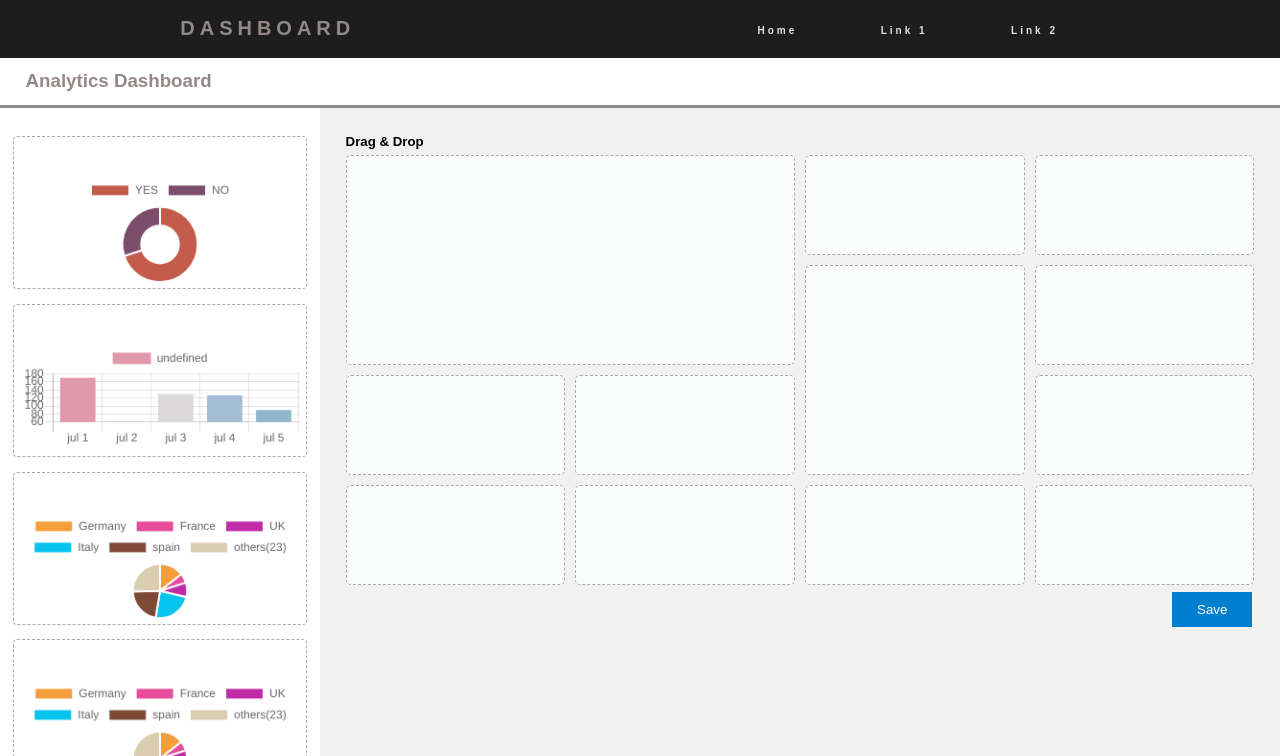
Repository: nourabdelhakam/drag-drop
Page: index.html
An editor plug-in stored every save of this project. The page is shown before and after the next save, followed by the edit.
The browser window is 1280 px wide. The pictures show the whole page.
Some web libraries are served in a nearby version.

Above is the page before, as saved 2020-07-05 21:09:54.

### index.html
<!DOCTYPE html>
<html lang="en">
<head>
    <meta charset="UTF-8">
    <meta name="viewport" content="width=device-width, initial-scale=1.0">
    <meta http-equiv="X-UA-Compatible" content="ie=edge">
    <title>Drag & Drop</title>

    <script src="https://cdn.jsdelivr.net/npm/chart.js@2.8.0"></script>

    <link rel="stylesheet" href="nav/nav.css">
    <link rel="stylesheet" href="css/main.css">
</head>
<body>

    <!-- <nav> -->
        <nav>
            <div class="logo">
                <h4>Dashboard</h4>
            </div>
            <ul class="nav-links">
                <li><a href="">Home</a></li>
                <li><a href="">Link 1</a></li>
                <li><a href="">Link 2</a></li>
            </ul>
            <div class="burger">
                <div class="line1"></div>
                <div class="line2"></div>
                <div class="line3"></div>
            </div>
        </nav>
      <!-- </nav> end of nav -->

      <section>
          <h3>Analytics Dashboard</h3>
          <div class="container">
            <div class="left">
                <div class="list" id="chartList">

                </div>
              </div>
              <div class="right">
                  <h5>Drag & Drop</h5>
                  <div class="wrapper" id="wrapper">
                    <div class="list" id="spot-1"></div>
                    <div class="list" id="spot-2"></div>
                    <div class="list" id="spot-3"></div>
                    <div class="list" id="spot-4"></div>
                    <div class="list" id="spot-5"></div>
                    <div class="list" id="spot-6"></div>
                    <div class="list" id="spot-7"></div>
                    <div class="list" id="spot-8"></div>
                    <div class="list" id="spot-9"></div>
                    <div class="list" id="spot-10"></div>
                    <div class="list" id="spot-11"></div>
                    <div class="list" id="spot-12"></div>
                  </div>
                  <button class="btn" id="saveBtn">Save</button>
                  <button class="btn"  id="tempBtn"  style="display: none;">Template</button>
              </div>
              <div id="preview" class="wrapper">

              </div>
          </div>
      </section>

      <script  src="chartData.js"></script>
      <script src="chart.js" type="text/javascript"></script>

    <script src="main.js" type="text/javascript"></script>
    <script src="nav/nav.js" type="text/javascript"></script>
</body>
</html>

### nav/nav.css
nav {
    display: flex;
    justify-content: space-around;
    align-items: center;
    min-height: 8vh;
    background-color: #1D1D1D;
    font-family: "Poppins", sans-serif;
}
.logo {
    color: rgb(226, 226, 226);
    text-transform: uppercase;
    letter-spacing: 5px;
    font-size: 20px;
}
.nav-links {
    display: flex;
    justify-content: space-around;
    width: 30%;
}
.nav-links li {
    list-style: none;
}
.nav-links a {
    color: rgb(226, 226, 226);
    text-decoration: none;
    letter-spacing: 3px;
    font-weight: bold;
    font-size: 10px;
}
.burger {
    display: none;
    cursor: pointer;
}
.burger div {
    width: 25px;
    height: 3px;
    background-color: rgb(226, 226, 226);
    margin: 5px;
    transition: all 0.3s ease;
}


@media screen and (max-width:1024px) {
    .nav-links {
        width: 60%;
    }
}

@media screen and (max-width:768px) {

    body {
        overflow-x: hidden;
    }
    .nav-links {
        position: absolute;
        right: 0px;
        height: 92vh;
        top: 8vh;
        background-color: #1D1D1D;
        display: flex;
        flex-direction: column;
        align-items: center;
        width: 50%;
        transform: translatex(100%);
        transition: transform 0.5s ease-in;
    }
    .nav-links li {
        opacity: 0;
    }
    .burger {
        display: block;
    }
}

.nav-active {
    transform: translatex(0%);
}

@keyframes navLinkFade {
    from {
        opacity: 0;
        transform: translatex(50%);
    }
    to {
        opacity: 1;
        transform: translatex(0%);
    }
}

.toggle .line1 {
    transform: rotate(-45deg) translate(-5px, 6px);
}
.toggle .line2 {
    opacity: 0;
}
.toggle .line3 {
    transform: rotate(45deg) translate(-5px, -6px);
}

.landing {
    height: 90vh;
    display: flex;
    justify-content: center;
    align-items: center;
}
.landing h1 {
    margin: 100px;
    font-size: 50px;
    color: #ae5fce;
}

### css/main.css
* {
    margin: 0;
    padding: 0;
    box-sizing: border-box;
}
body {
    font-family: Arial, Helvetica, sans-serif;
}
h3, h4, a {
    color: rgb(148, 137, 137);
}
h3 {
    padding: 1% 2%;
}
h5 {
    margin-bottom: .5em;
}
.container {
    border-top: 3px solid rgb(148, 137, 137);
}
.left {
    width: 25%;
    height: 90vh;
    float: left;
    padding: 1%;
    overflow:hidden;
    overflow-y:scroll;
}
.right {
    width: 75%;
    height: 90vh;
    float: left;
    padding: 2%;
    background-color: #F1F1F1;
}

.list-item {
    /* background-color: #F3F3F3; */
    border-radius: 4px;
    border: 1px dashed darkgrey;
    padding: 5px 5px;
    text-align: center;
    margin: 5% 0;
    height: 100%;
    width: 100%;
    cursor: pointer;
}
/* canvas {
    height: 100%;
    width: 100%;
} */

.wrapper > div {
    border: 1px dashed darkgrey;
    border-radius: 5px;
    background-color: #FAFBFB;
    /* resize: both;
    overflow: auto; */
}
.wrapper {
  display: grid;
  grid-template-columns: repeat(4, 1fr);
  grid-auto-rows: 100px;
  grid-gap: 10px;
}
 .wrapper div:nth-child(2) {
   grid-column: 3;
   grid-row: 2 / 4;
}
 .wrapper div:nth-child(5) {
   grid-column: 1 / 3;
   grid-row: 1 / 3;
}
/* .plus-button {
	border: 2px solid lightgrey;
	background-color: #fff;
	font-size: 16px;
	height: 2.5em;
	width: 2.5em;
	border-radius: 999px;
    position: relative;

}

.plus-button:after,
.plus-button:before {
		content: "";
		display: block;
		background-color: grey;
		position: absolute;
		top: 50%;
		left: 50%;
        transform: translate(-50%, -50%);

	}

	.plus-button:before {
		height: 1em;
		width: 0.2em;
	}

	.plus-button:after {
		height: 0.2em;
		width: 1em;
	}


.plus-button--small {
	font-size: 12px;
} */
.btn {
    background-color: #007FCF;
    border: none;
    color: white;
    padding: 10px 25px;
    text-align: center;
    text-decoration: none;
    display: inline-block;
    margin: 7px 2px;
    cursor: pointer;
    float: right;

}

### chartData.js
 chartData={
    chart1 : {
        id: 1,
        data : [70, 30],
        colors : ['#C45C4B', '#7B4D6A'],
        labels : ['YES', 'NO'],
        type : 'doughnut'
    },
    chart2 : {
        id: 2,
        labels : ['jul 1', 'jul 2', 'jul 3', 'jul 4', 'jul 5'],
        data : [170, 60.5, 130, 126.3, 90],
        colors : ['#E099AC', '#A4BCD3', '#DCD9DA', '#A4BCD4', '#92B6CB'],
        type: 'bar'
    },
    chart3 : {
        id: 3,
        labels : ['Germany', 'France', 'UK', 'Italy', 'spain', 'others(23)'],
        data : [50, 20, 30, 83, 77, 88],
        colors : ['#F59F3A', '#E74C9A', '#C22BA7', '#05C4ED', '#7e4a35', '#dbceb0'],
        type: 'pie'
    },
    chart4 : {
        id: 4,
        labels : ['Germany', 'France', 'UK', 'Italy', 'spain', 'others(23)'],
        data : [50, 20, 30, 83, 77, 88],
        colors : ['#F59F3A', '#E74C9A', '#C22BA7', '#05C4ED', '#7e4a35', '#dbceb0'],
        type: 'pie'
    },

}

exports = chartData

### chart.js
function draw(pos, chart, type) {
  var el = document.getElementById(pos);
  console.log(chart);

  var canvas = document.createElement("canvas");
  canvas.className = "list-item";
  canvas.setAttribute("draggable", "true");
  canvas.setAttribute("data-chart", JSON.stringify(chart));

  canvas.id = type + chart.id+'-'+pos;
  el.appendChild(canvas);
  console.log(canvas);
  c = document.getElementById(type + chart.id+'-'+pos).getContext("2d");
  new Chart(c, {
    type: chart.type,
    data: {
      labels: chart.labels,
      datasets: [
        {
          data: chart.data,
          backgroundColor: chart.colors,
        },
      ],
    },
    options: {
      title: {
        Text: "Do you like doughnuts?",
        display: true,
      },
    },
  });
}

exports = draw;

// let myChart1 = document.getElementById("myChart").getContext('2d');
let chartWrapper = document.getElementById("chartList");
console.log(chartWrapper);

for (let chart in chartData) {
  console.log(chartWrapper);

  draw(chartWrapper.id, chartData[chart],'chatLib-');
}


// let labels3 = ['Running', 'Cycling', 'Sleeping', 'Designing', 'Drinking'];

// let myChart3 = document.getElementById("myChart3").getContext('2d');

// let chart3 = new Chart(myChart3, {
//     type: 'radar',
//     data: {
//         labels: labels3,
//         datasets: [
//             {
//                 label: 'champ 1',
//                 fill: true,
//                 backgroundColor: "rgba(179, 181, 198, 0,2)",
//                 borderColor: "rgba(179, 181, 198, 1)",
//                 pointBorderColor: "#fff",
//                 pointBackgroundColor: "rgba(179, 181, 198, 1)",
//                 data: [50, 12, 55, 7, 29]
//             },
//             {
//                 label: 'champ 2',
//                 fill: true,
//                 backgroundColor: "rgba(355, 99, 132, 0,2)",
//                 borderColor: "rgba(355, 99, 132, 1)",
//                 pointBorderColor: "#fff",
//                 pointBackgroundColor: "rgba(355, 99, 132, 1)",
//                 data: [33, 14, 58, 9, 99]
//             },
//         ]
//     },
//     options: {
//         title: {
//             Text: "Skills",
//             display: true
//         }
//     }
// });



// '#E099AC', '#A4BCD3', '#DCD9DA', '#A4BCD4', '#92B6CB'
// let labels4 = ['jan', 'feb', 'mar', 'apr', 'may', 'jun'];

// let myChart4 = document.getElementById("myChart4").getContext('2d');
// let chart4 = new Chart(myChart4, {
//     type: 'line',
//     data: {
//         labels: labels4,
//         datasets: [
//             {
//                 label: "My First dataset",
//                 fillColor: "rgba(220,220,220,0.2)",
//                 strokeColor: "#C45C4B",
//                 pointColor: "#C45C4B",
//                 pointStrokeColor: "#C45C4B",
//                 pointHighlightFill: "#C45C4Bss",
//                 pointHighlightStroke: "rgba(220,220,220,1)",
//                 data: [65, 59, 80, 81, 16, 55, 40]
//             },
//             {
//                 label: "My Second dataset",
//                 fillColor: "rgba(151,187,205,0.2)",
//                 strokeColor: "rgba(151,187,205,1)",
//                 pointColor: "#EA8971",
//                 pointStrokeColor: "#fff",
//                 pointHighlightFill: "#fff",
//                 pointHighlightStroke: "rgba(151,187,205,1)",
//                 data: [28, 48, 40, 19, 86, 27, 90]
//             }
//         ]
//     },
//     options: {
//         scales: {
//             yAxes: [{
//                 stacked: true
//             }]
//         }
//     }
// });

### main.js
const list_items = document.querySelectorAll(".list-item");
const lists = document.querySelectorAll(".list");
var cantAccess = false;
// //localStorage
var wrapper = document.getElementById('wrapper');
const saveBtn = document.getElementById("saveBtn");
const tempPreview = document.getElementById('tempPreview');
const tempBtn =  document.getElementById('tempBtn');
const previewDiv = document.getElementById('preview');
var dragged = null;
var draggedData= null;
var templateList=[];
(function() {
	var temp = JSON.parse(localStorage.getItem('template'));
	if(temp!= null){
		templateList = temp;

		for( chart in templateList){
			draw(templateList[chart].pos,templateList[chart].data,'chartTemplate-')
		}


	}

 })();
saveBtn.addEventListener("click", function () {
  var template = localStorage.getItem("template");
  console.log(template);

  if (template)
    var c = confirm("There is a saved template, Do you want to overwrite it?");


  if (c == true || !template) {

	let itemsArray = JSON.stringify(templateList);
	localStorage.setItem("template", itemsArray);
	tempBtn.style.display = "block"

	// tempPreview.innerHTML = wrapper;
  }
});



 tempBtn.addEventListener('click',function(){
	itemsArray = JSON.parse(localStorage.getItem('template'));
	previewDiv.innerHTML = itemsArray;
})

// tempPreview.addEventListener('click',function(){
// 	itemsArray = JSON.parse(localStorage.getItem('template'));
// 	 wrapper.innerHTML = itemsArray ;
// })

// const data = JSON.parse(localStorage.getItem('items'))
// //localStorage

let draggedItem = null;

for (let i = 0; i < list_items.length; i++) {
  const item = list_items[i];
  console.log(item.id);
  item.addEventListener("dragstart", function () {
    draggedItem = item;
    console.log(cantAccess);
	dragged = item.id;
	draggedData =JSON.parse(item.dataset.chart);

    setTimeout(function () {
	  item.style.display = "none";
	}, 0);
	cantAccess = false
  });

  item.addEventListener("dragend", function () {
    setTimeout(function () {
	  draggedItem.style.display = "block";
    //   draggedItem.style.padding = "0";
    //   draggedItem.style.margin = "0";
    //   draggedItem.style.height = "100%";
    //   draggedItem.style.width = "100%";
      draggedItem = null;
	}, 0);
	cantAccess = false;
  });
}
  for (let j = 0; j < lists.length; j++) {
    const list = lists[j];

    list.addEventListener("dragover", function (e) {
	  e.preventDefault();
	  console.log(e.target.tagName);
	  console.log(cantAccess);

	  if(e.target.tagName == 'CANVAS'){
		  cantAccess = true;
	  }
    });

    list.addEventListener("dragenter", function (e) {
      e.preventDefault();
      this.style.backgroundColor = "#FFFFFF";
    });

    list.addEventListener("dragleave", function (e) {
	  this.style.backgroundColor = "#F9FDFF";
	  console.log(e.target.id	);
	  cantAccess = false;

    });

    list.addEventListener("drop", function (e) {
	  console.log("drop");
	  if(cantAccess)
		return false;
	  i = {
		  id:dragged,
		  pos:e.toElement.id,
		  data: draggedData
	  }
	  var result = templateList.filter(obj => {
		return obj.pos === e.toElement.id
	  })
	  console.log(e.toElement.id);

	  console.log('templateList:'+result);
	  setTimeout(function(){
	  if (result.length == 0){
		  console.log('empty');
		  console.log(i);

		  templateList.push(i);
		  console.log('templalist: '+templateList);
		draw(e.toElement.id,draggedData,'chartTemplate-')

		}},100);

		cantAccess = false
    //   this.append(draggedItem);
	  this.style.backgroundColor = "#FFFFFF";
    });
  }

### nav/nav.js
const navSlide = () => {
    const burger = document.querySelector('.burger');
    const nav = document.querySelector('.nav-links');
    const navLinks = document.querySelectorAll('.nav-links li');


    burger.addEventListener('click', () => {

        //Toggle Nav
        nav.classList.toggle('nav-active');

        //Animate Links
        navLinks.forEach((link, index) => {

            if (link.style.animation) {
                link.style.animation = '';
            } else {
                link.style.animation = `navLinkFade 0.5s ease forwards ${index / 7 + 0.3}s`;
            }

        });

        //Burger Animation
        burger.classList.toggle('toggle');
    });

}

navSlide();

After the next save:
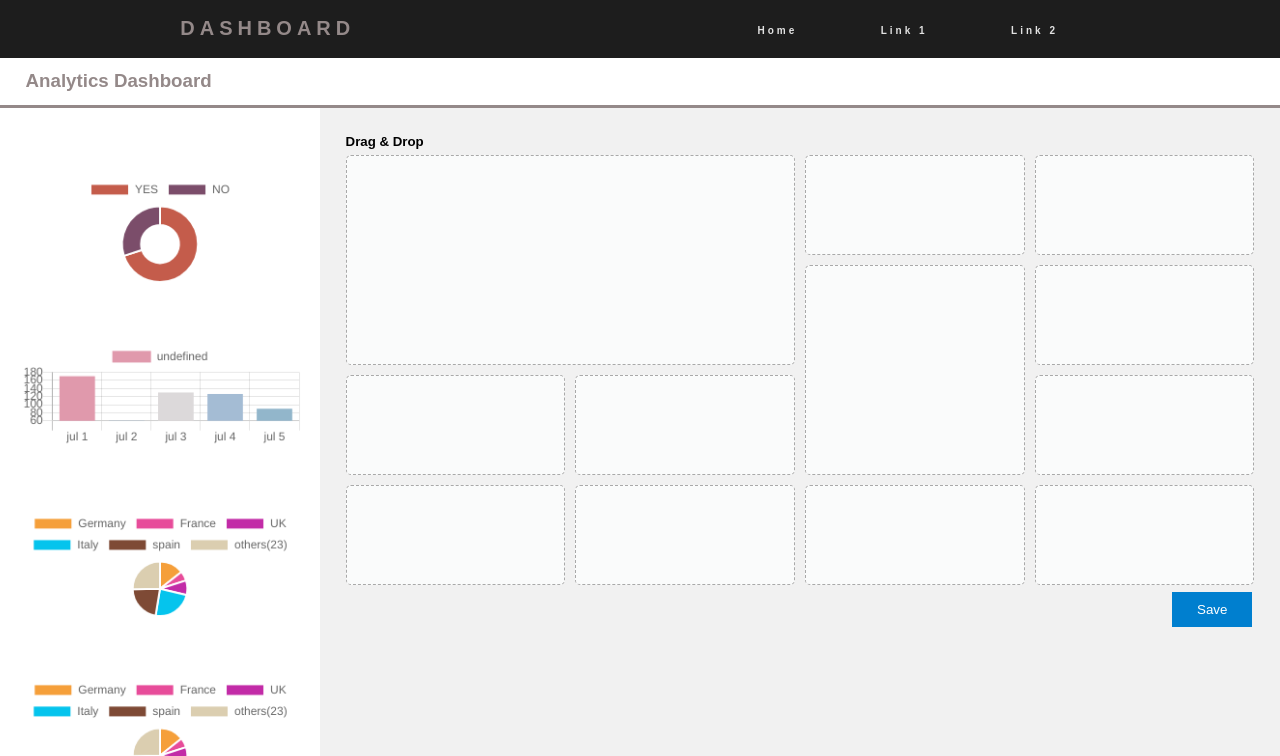
Saved 20 s later.
--- a/css/main.css
+++ b/css/main.css
@@ -37,7 +37,7 @@
 .list-item {
     /* background-color: #F3F3F3; */
     border-radius: 4px;
-    border: 1px dashed darkgrey;
+    /* border: 1px dashed darkgrey; */
     padding: 5px 5px;
     text-align: center;
     margin: 5% 0;

After the save that followed:
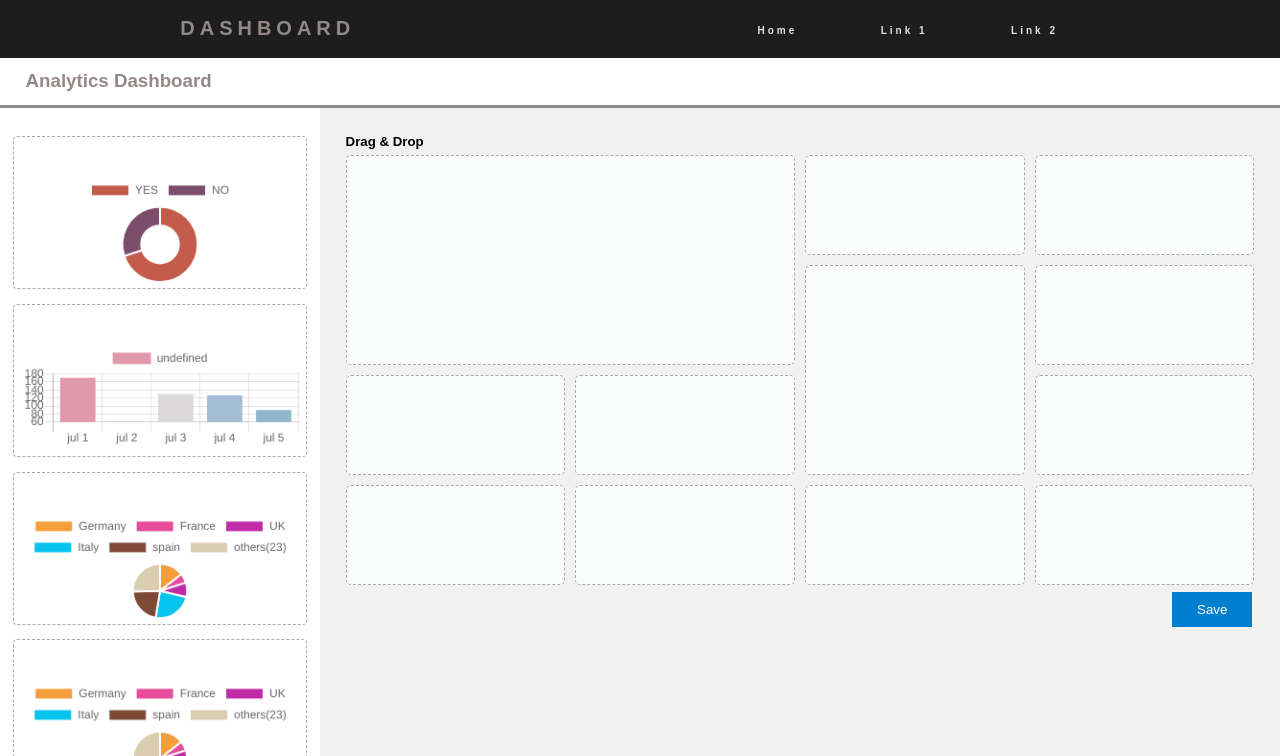
Saved 15 s later.
--- a/css/main.css
+++ b/css/main.css
@@ -37,7 +37,7 @@
 .list-item {
     /* background-color: #F3F3F3; */
     border-radius: 4px;
-    /* border: 1px dashed darkgrey; */
+    border: 1px dashed darkgrey;
     padding: 5px 5px;
     text-align: center;
     margin: 5% 0;
